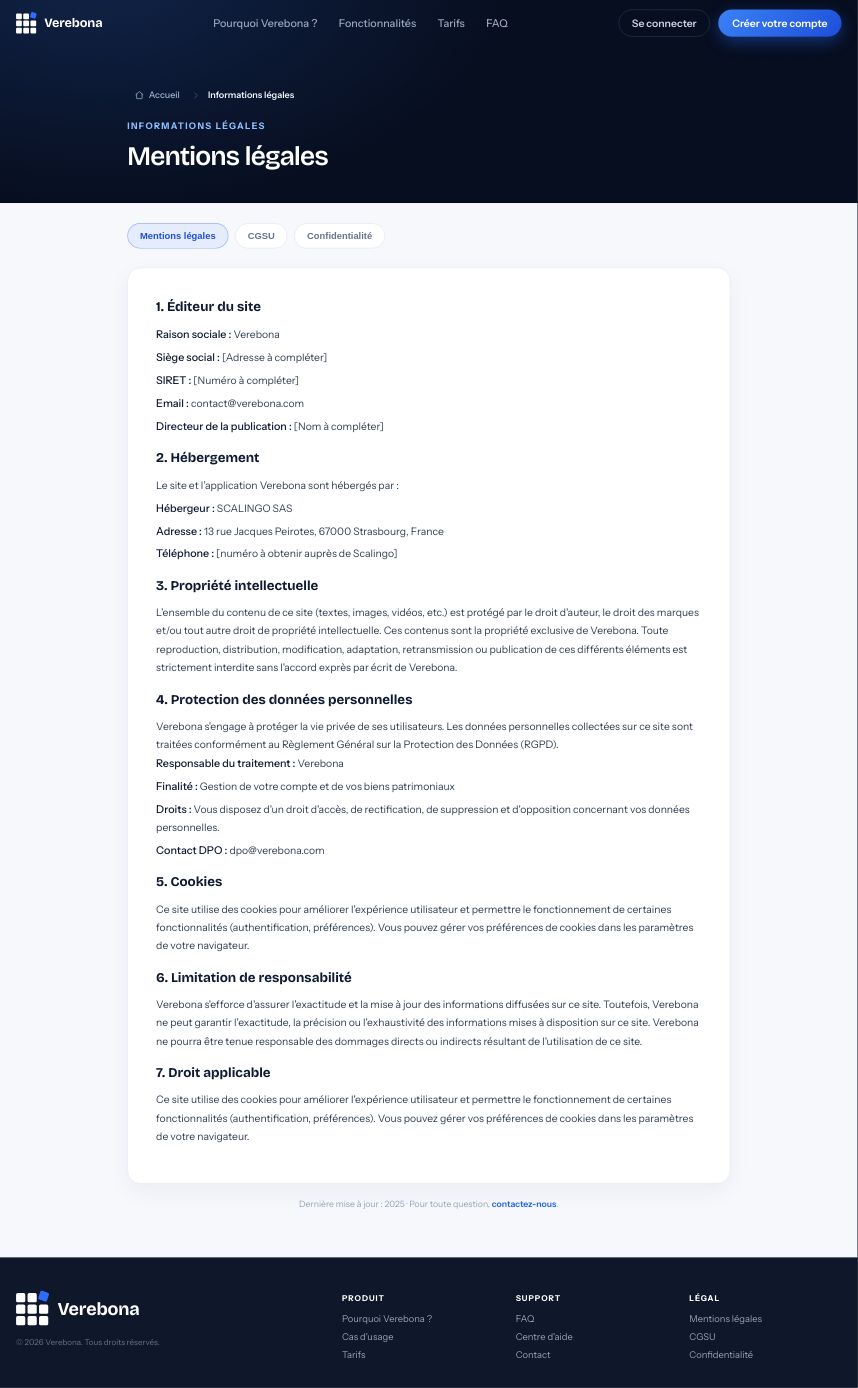
Repository: AdminVerebona/verebona-public
Page: /mentions-legales
These files come from the project's save history. The page is drawn as it stood at one moment and after the next save; the edit follows.
The browser window is 1280 px wide. The pictures show the whole page, at 67% of full size.
The project was rebuilt for these pictures with package versions that can differ from the ones it lists, and the page was loaded fresh each time. Also part of the build but not shown: next.config.mjs, vite.config.js, vite.config.ts, src/composables/useLanding.ts, src/sections/HeroSection.vue, src/sections/WhySection.vue, src/sections/UseCasesSection.vue, src/sections/FeaturesSection.vue and 6 more.

Above is the page before, as saved 2026-07-10 15:19:55.

### index.html
<!doctype html>
<html lang="fr">
  <head>
    <meta charset="UTF-8" />
    <meta name="viewport" content="width=device-width, initial-scale=1.0" />
    <title>Verebona — Centralisez, organisez, valorisez vos biens</title>
    <meta
      name="description"
      content="Verebona centralise vos biens, documents et échéances pour les retrouver facilement, anticiper les dates importantes et valoriser vos biens le moment venu."
    />
  </head>
  <body>
    <div id="app"></div>
    <script type="module" src="/src/main.ts"></script>
  </body>
</html>

### src/main.ts
import { createApp } from 'vue'
import App from './App.vue'
import router from './router'
import { vHover } from './directives/hover'
import './style.css'

createApp(App)
  .use(router)
  .directive('hover', vHover)
  .mount('#app')

### src/App.vue
<template>
  <div style="background:#070E20;color:#EAF0FB;overflow-x:hidden;min-height:100vh">
    <AppHeader />
    <router-view />
    <AppFooter />
  </div>
</template>

<script setup lang="ts">
import { onMounted, watch, nextTick } from 'vue'
import { useRoute } from 'vue-router'
import AppHeader from './components/AppHeader.vue'
import AppFooter from './components/AppFooter.vue'
import { useScrollReveal } from './composables/useScrollReveal'

const route = useRoute()
const { scan } = useScrollReveal()

onMounted(() => { scan() })

// Re-scan reveal targets whenever the route (page) changes.
watch(
  () => route.fullPath,
  () => { nextTick(() => setTimeout(scan, 60)) },
)
</script>

### src/router/index.ts
import { createRouter, createWebHistory } from 'vue-router'
import HomeView from '../views/HomeView.vue'

const routes = [
  { path: '/', name: 'home', component: HomeView },
  { path: '/aide', name: 'help', component: () => import('../views/HelpView.vue') },
  { path: '/contact', name: 'contact', component: () => import('../views/ContactView.vue') },
  { path: '/mentions-legales', name: 'legal-mentions', component: () => import('../views/LegalView.vue') },
  { path: '/cgu', name: 'legal-cgu', component: () => import('../views/LegalView.vue') },
  { path: '/confidentialite', name: 'legal-confid', component: () => import('../views/LegalView.vue') },
  { path: '/:pathMatch(.*)*', name: 'not-found', component: () => import('../views/NotFoundView.vue') },
]

const router = createRouter({
  history: createWebHistory(),
  routes,
  scrollBehavior(to) {
    if (to.hash) return { el: to.hash, behavior: 'smooth' }
    return { top: 0 }
  },
})

export default router

### src/directives/hover.ts
import type { Directive } from 'vue'

/**
 * v-hover — applies a set of inline styles while the pointer is over the
 * element, and restores the previous values on leave. Reproduces the
 * `style-hover` behaviour of the design prototype.
 *
 * Usage:  <a v-hover="{ color: '#fff', transform: 'translateY(-1px)' }">
 */
type HoverStyles = Record<string, string>

interface HoverEl extends HTMLElement {
  __hoverEnter?: () => void
  __hoverLeave?: () => void
}

export const vHover: Directive<HoverEl, HoverStyles> = {
  mounted(el, binding) {
    const styles = binding.value || {}
    const original: HoverStyles = {}

    const enter = () => {
      for (const key in styles) {
        original[key] = (el.style as any)[key]
        ;(el.style as any)[key] = styles[key]
      }
    }
    const leave = () => {
      for (const key in styles) {
        ;(el.style as any)[key] = original[key] || ''
      }
    }

    el.__hoverEnter = enter
    el.__hoverLeave = leave
    el.addEventListener('mouseenter', enter)
    el.addEventListener('mouseleave', leave)
  },
  unmounted(el) {
    if (el.__hoverEnter) el.removeEventListener('mouseenter', el.__hoverEnter)
    if (el.__hoverLeave) el.removeEventListener('mouseleave', el.__hoverLeave)
  },
}

### src/composables/useScrollReveal.ts
/**
 * Scroll-reveal: adds `.vb-in` to `.vb-reveal` / `.vb-rgroup` elements as they
 * enter the viewport (staggering the children of a group). Ported from the
 * prototype's IntersectionObserver logic. Honours prefers-reduced-motion and
 * has a safety timeout so content is never left hidden.
 */
let io: IntersectionObserver | null = null

const reduce =
  typeof window !== 'undefined' &&
  !!window.matchMedia &&
  window.matchMedia('(prefers-reduced-motion: reduce)').matches

if (!reduce && typeof document !== 'undefined') {
  document.documentElement.classList.add('vb-anim')
}

function revealAll() {
  document.querySelectorAll('.vb-reveal').forEach((e) => e.classList.add('vb-in'))
  document.querySelectorAll('.vb-rgroup > *').forEach((e) => e.classList.add('vb-in'))
}

function ensureObserver() {
  if (io || reduce || typeof window === 'undefined' || !('IntersectionObserver' in window)) return
  io = new IntersectionObserver(
    (entries) => {
      entries.forEach((entry) => {
        if (!entry.isIntersecting) return
        const el = entry.target as HTMLElement
        io!.unobserve(el)
        if (el.classList.contains('vb-rgroup')) {
          Array.from(el.children).forEach((c, i) => {
            ;(c as HTMLElement).style.transitionDelay = i * 90 + 'ms'
            c.classList.add('vb-in')
          })
        } else {
          el.classList.add('vb-in')
        }
      })
    },
    { threshold: 0.12, rootMargin: '0px 0px -8% 0px' },
  )
}

export function useScrollReveal() {
  function scan() {
    if (reduce || typeof window === 'undefined' || !('IntersectionObserver' in window)) {
      revealAll()
      return
    }
    ensureObserver()
    document.querySelectorAll('.vb-reveal, .vb-rgroup').forEach((el) => io!.observe(el))
    // Safety net: never leave content hidden.
    window.setTimeout(revealAll, 2200)
  }
  return { scan }
}

### src/views/LegalView.vue
<template>
<section style="position:relative;padding:128px 24px 48px;overflow:hidden;background:radial-gradient(1000px 560px at 12% -10%,rgba(59,130,246,.18),transparent 60%),#070E20">
  <div style="position:absolute;inset:0;background-image:radial-gradient(rgba(148,163,184,.09) 1px,transparent 1px);background-size:34px 34px;-webkit-mask-image:linear-gradient(to bottom,#000,transparent 85%);mask-image:linear-gradient(to bottom,#000,transparent 85%);pointer-events:none"></div>
  <div style="max-width:900px;margin:0 auto;position:relative">
    <nav aria-label="Fil d'Ariane" style="margin-bottom:24px"><ol style="display:flex;align-items:center;gap:6px;list-style:none;margin:0;padding:0;font-size:13.5px"><li style="display:flex;align-items:center"><a href="#" @click.prevent="goHome" style="display:inline-flex;align-items:center;gap:7px;color:#9FB4D8;font-weight:500;padding:6px 11px;border-radius:9px;cursor:pointer;transition:color .15s,background .15s" v-hover="{color:'#fff',background:'rgba(255,255,255,.06)'}"><svg width="14" height="14" viewBox="0 0 24 24" fill="none" stroke="currentColor" stroke-width="1.9" stroke-linecap="round" stroke-linejoin="round"><path d="M3 10.5 12 3l9 7.5"/><path d="M5 9.5V20a1 1 0 0 0 1 1h12a1 1 0 0 0 1-1V9.5"/></svg>Accueil</a></li><li aria-hidden="true" style="display:flex;color:#42557A"><svg width="15" height="15" viewBox="0 0 24 24" fill="none" stroke="currentColor" stroke-width="2" stroke-linecap="round" stroke-linejoin="round"><path d="M9 6l6 6-6 6"/></svg></li><li aria-current="page" style="color:#EAF0FB;font-weight:600;padding:6px 4px">{{ crumbLabel }}</li></ol></nav>
    <div style="font-size:13.5px;letter-spacing:.15em;text-transform:uppercase;font-weight:800;color:#8FBEFF;margin-bottom:16px">Informations légales</div>
    <h1 style="font-size:40px;line-height:1.08;font-weight:600;letter-spacing:-.025em;color:#fff">{{ legalTitle }}</h1>
  </div>
</section>
<section style="background:#F6F8FC;padding:30px 24px 72px">
  <div style="max-width:900px;margin:0 auto">
    <div style="display:flex;flex-wrap:wrap;gap:10px;margin-bottom:28px">
      <button type="button" :style="legalMentionsStyle" @click.prevent="goMentions">Mentions légales</button>
      <button type="button" :style="legalCGUStyle" @click.prevent="goCGU">CGSU</button>
      <button type="button" :style="legalConfidStyle" @click.prevent="goConfid">Confidentialité</button>
    </div>
    <div style="background:#fff;border:1px solid #E6EBF3;border-radius:20px;padding:40px 42px;box-shadow:0 12px 34px rgba(15,27,51,.05)">
      <template v-if="isMentions">
        <div style="font-size:15.5px;line-height:1.75;color:#334155">
          <h2 style="font-size:20px;font-weight:700;color:#0F1B33;font-family:'Bricolage Grotesque',sans-serif;margin:0 0 10px">1. Éditeur du site</h2>
          <p style="margin:0 0 6px"><span style="font-size:16px;font-weight:500;color:#0F1B33">Raison sociale :</span> Verebona</p>
          <p style="margin:0 0 6px"><span style="font-size:16px;font-weight:500;color:#0F1B33">Siège social :</span> [Adresse à compléter]</p>
          <p style="margin:0 0 6px"><span style="font-size:16px;font-weight:500;color:#0F1B33">SIRET :</span> [Numéro à compléter]</p>
          <p style="margin:0 0 6px"><span style="font-size:16px;font-weight:500;color:#0F1B33">Email :</span> contact@verebona.com</p>
          <p style="margin:0 0 16px"><span style="font-size:16px;font-weight:500;color:#0F1B33">Directeur de la publication :</span> [Nom à compléter]</p>
          <h2 style="font-size:20px;font-weight:700;color:#0F1B33;font-family:'Bricolage Grotesque',sans-serif;margin:0 0 10px">2. Hébergement</h2>
          <p style="margin:0 0 6px">Le site et l’application Verebona sont hébergés par : </p>
          <p style="margin:0 0 6px"><span style="font-size:16px;font-weight:500;color:#0F1B33">Hébergeur :</span> SCALINGO SAS</p>
          <p style="margin:0 0 6px"><span style="font-size:16px;font-weight:500;color:#0F1B33">Adresse :</span> 13 rue Jacques Peirotes, 67000 Strasbourg, France</p>
          <p style="margin:0 0 16px"><span style="font-size:16px;font-weight:500;color:#0F1B33">Téléphone :</span> [numéro à obtenir auprès de Scalingo]</p>
          <h2 style="font-size:20px;font-weight:700;color:#0F1B33;font-family:'Bricolage Grotesque',sans-serif;margin:0 0 10px">3. Propriété intellectuelle</h2>
          <p style="margin:0 0 16px">L'ensemble du contenu de ce site (textes, images, vidéos, etc.) est protégé par le droit d'auteur, le droit des marques et/ou tout autre droit de propriété intellectuelle. Ces contenus sont la propriété exclusive de Verebona. Toute reproduction, distribution, modification, adaptation, retransmission ou publication de ces différents éléments est strictement interdite sans l'accord exprès par écrit de Verebona.</p>
          <h2 style="font-size:20px;font-weight:700;color:#0F1B33;font-family:'Bricolage Grotesque',sans-serif;margin:0 0 10px">4. Protection des données personnelles</h2>
          <p style="margin:0">Verebona s'engage à protéger la vie privée de ses utilisateurs. Les données personnelles collectées sur ce site sont traitées conformément au Règlement Général sur la Protection des Données (RGPD).</p>
          <p style="margin:0 0 6px"><span style="font-size:16px;font-weight:500;color:#0F1B33">Responsable du traitement :</span> Verebona</p>
          <p style="margin:0 0 6px"><span style="font-size:16px;font-weight:500;color:#0F1B33">Finalité  :</span> Gestion de votre compte et de vos biens patrimoniaux</p>
          <p style="margin:0 0 6px"><span style="font-size:16px;font-weight:500;color:#0F1B33">Droits  :</span> Vous disposez d'un droit d'accès, de rectification, de suppression et d'opposition concernant vos données personnelles.</p>
          <p style="margin:0 0 16px"><span style="font-size:16px;font-weight:500;color:#0F1B33">Contact DPO :</span> dpo@verebona.com</p>
          <h2 style="font-size:20px;font-weight:700;color:#0F1B33;font-family:'Bricolage Grotesque',sans-serif;margin:0 0 10px">5. Cookies</h2>
          <p style="margin:0 0 16px">Ce site utilise des cookies pour améliorer l'expérience utilisateur et permettre le fonctionnement de certaines fonctionnalités (authentification, préférences). Vous pouvez gérer vos préférences de cookies dans les paramètres de votre navigateur.</p>
          <h2 style="font-size:20px;font-weight:700;color:#0F1B33;font-family:'Bricolage Grotesque',sans-serif;margin:0 0 10px">6. Limitation de responsabilité</h2>
          <p style="margin:0 0 16px">Verebona s'efforce d'assurer l'exactitude et la mise à jour des informations diffusées sur ce site. Toutefois, Verebona ne peut garantir l'exactitude, la précision ou l'exhaustivité des informations mises à disposition sur ce site. Verebona ne pourra être tenue responsable des dommages directs ou indirects résultant de l'utilisation de ce site.</p>
          <h2 style="font-size:20px;font-weight:700;color:#0F1B33;font-family:'Bricolage Grotesque',sans-serif;margin:0 0 10px">7. Droit applicable</h2>
          <p style="margin:0 0 16px">Ce site utilise des cookies pour améliorer l'expérience utilisateur et permettre le fonctionnement de certaines fonctionnalités (authentification, préférences). Vous pouvez gérer vos préférences de cookies dans les paramètres de votre navigateur.</p>


        </div>
      </template>
      <template v-if="isCGU">
        <div style="font-size:15.5px;line-height:1.75;color:#334155">
          <h2 style="font-size:20px;font-weight:700;color:#0F1B33;font-family:'Bricolage Grotesque',sans-serif;margin:0 0 10px">1. Objet</h2>
          <p style="margin:0 0 22px">Les présentes conditions générales de service et d'utilisation (CGSU) définissent les modalités d'accès et d'utilisation de la plateforme Verebona, service de centralisation et d'organisation documentaire du patrimoine.</p>
          <h2 style="font-size:20px;font-weight:700;color:#0F1B33;font-family:'Bricolage Grotesque',sans-serif;margin:0 0 10px">2. Compte et abonnement</h2>
          <p style="margin:0 0 22px">L'accès au service nécessite la création d'un compte et la souscription d'une offre. L'utilisateur s'engage à fournir des informations exactes et à préserver la confidentialité de ses identifiants.</p>
          <h2 style="font-size:20px;font-weight:700;color:#0F1B33;font-family:'Bricolage Grotesque',sans-serif;margin:0 0 10px">3. Nature du service</h2>
          <p style="margin:0 0 22px">Verebona est une plateforme d'organisation. Les documents importés ne sont ni certifiés, ni validés, ni garantis juridiquement. L'utilisateur reste seul responsable de l'exactitude des informations qu'il enregistre.</p>
          <h2 style="font-size:20px;font-weight:700;color:#0F1B33;font-family:'Bricolage Grotesque',sans-serif;margin:0 0 10px">4. Responsabilités</h2>
          <p style="margin:0 0 22px">Verebona met en œuvre les moyens raisonnables pour assurer la disponibilité et la sécurité du service, sans obligation de résultat concernant une disponibilité ininterrompue.</p>
          <h2 style="font-size:20px;font-weight:700;color:#0F1B33;font-family:'Bricolage Grotesque',sans-serif;margin:0 0 10px">5. Résiliation</h2>
          <p style="margin:0">L'utilisateur peut résilier son abonnement à tout moment. Des modalités de récupération des données sont prévues afin d'éviter tout verrouillage à la fin du contrat.</p>
        </div>
      </template>
      <template v-if="isConfid">
        <div style="font-size:15.5px;line-height:1.75;color:#334155">
          <h2 style="font-size:20px;font-weight:700;color:#0F1B33;font-family:'Bricolage Grotesque',sans-serif;margin:0 0 10px">Données collectées</h2>
          <p style="margin:0 0 22px">Verebona collecte les données nécessaires au fonctionnement du service : informations de compte, contenus importés (fiches de biens, documents) et données d'usage strictement utiles à l'amélioration du service.</p>
          <h2 style="font-size:20px;font-weight:700;color:#0F1B33;font-family:'Bricolage Grotesque',sans-serif;margin:0 0 10px">Finalités</h2>
          <p style="margin:0 0 22px">Les données sont traitées pour fournir le service, assurer la sécurité, et répondre aux obligations légales. Elles ne sont jamais cédées à des tiers à des fins commerciales.</p>
          <h2 style="font-size:20px;font-weight:700;color:#0F1B33;font-family:'Bricolage Grotesque',sans-serif;margin:0 0 10px">Sécurité</h2>
          <p style="margin:0 0 22px">Vos données sont chiffrées lors du stockage et des échanges, et hébergées sur une infrastructure sécurisée au sein de l'Union européenne.</p>
          <h2 style="font-size:20px;font-weight:700;color:#0F1B33;font-family:'Bricolage Grotesque',sans-serif;margin:0 0 10px">Vos droits</h2>
          <p style="margin:0">Conformément au RGPD, vous disposez d'un droit d'accès, de rectification, de portabilité et de suppression de vos données. Pour exercer ces droits, écrivez à contact@verebona.com.</p>
        </div>
      </template>
    </div>
    <p style="font-size:13px;color:#94A3B8;margin-top:22px;text-align:center">Dernière mise à jour : 2025 · Pour toute question, <a href="#" @click.prevent="goContact" style="color:#2563EB;font-weight:600">contactez-nous</a>.</p>
  </div>
</section>
</template>

<script setup lang="ts">
import { useLegal } from '../composables/useLegal'
import { useNav } from '../composables/useNav'
const { isMentions, isCGU, isConfid, legalTitle, legalMentionsStyle, legalCGUStyle, legalConfidStyle, crumbLabel } = useLegal()
const { goHome, goContact, goMentions, goCGU, goConfid } = useNav()
</script>

### src/composables/useNav.ts
import { ref, computed, nextTick } from 'vue'
import { useRouter, useRoute } from 'vue-router'

// Shared across header + footer + mobile menu.
const menuOpen = ref(false)

/**
 * useNav — header/footer navigation. Page links use vue-router; the four
 * in-page section links (Pourquoi / Fonctionnalités / Tarifs / FAQ) route to
 * home first if needed, then smooth-scroll to the anchor.
 */
export function useNav() {
  const router = useRouter()
  const route = useRoute()

  const toggleMenu = () => { menuOpen.value = !menuOpen.value }
  const closeMenu = () => { menuOpen.value = false }

  function scrollToId(id: string) {
    const el = document.getElementById(id)
    if (el && el.scrollIntoView) {
      try { el.scrollIntoView({ behavior: 'smooth', block: 'start' }) } catch { /* noop */ }
    }
  }
  function goToAnchor(id: string) {
    closeMenu()
    if (route.path !== '/') {
      router.push('/').then(() => nextTick(() => setTimeout(() => scrollToId(id), 80)))
    } else {
      scrollToId(id)
    }
  }

  const goHome = () => { closeMenu(); router.push('/') }
  const goAide = () => { closeMenu(); router.push('/aide') }
  const goContact = () => { closeMenu(); router.push('/contact') }
  const goMentions = () => { closeMenu(); router.push('/mentions-legales') }
  const goCGU = () => { closeMenu(); router.push('/cgu') }
  const goConfid = () => { closeMenu(); router.push('/confidentialite') }

  const navPourquoi = () => goToAnchor('pourquoi')
  const navFeatures = () => goToAnchor('features')
  const navPricing = () => goToAnchor('pricing')
  const navFaq = () => goToAnchor('faq')
  const navCasUsage = () => goToAnchor('cas-usage')

  const burgerBase = 'display:block;width:20px;height:2px;border-radius:2px;background:#fff;transition:transform .25s,opacity .25s;'
  const burgerTop = computed(() => burgerBase + 'transform:' + (menuOpen.value ? 'translateY(6px) rotate(45deg)' : 'none'))
  const burgerMid = computed(() => burgerBase + 'opacity:' + (menuOpen.value ? '0' : '1'))
  const burgerBot = computed(() => burgerBase + 'transform:' + (menuOpen.value ? 'translateY(-6px) rotate(-45deg)' : 'none'))

  return {
    menuOpen, toggleMenu, closeMenu,
    goHome, goAide, goContact, goMentions, goCGU, goConfid,
    navPourquoi, navFeatures, navPricing, navFaq, navCasUsage,
    burgerTop, burgerMid, burgerBot,
  }
}

### src/composables/useLegal.ts
import { computed } from 'vue'
import { useRoute } from 'vue-router'

/**
 * Legal page — a single view with three tabs (mentions / cgu / confid),
 * each mapped to its own route so they are independently linkable & indexable:
 *   /mentions-legales   /cgu   /confidentialite
 */
export function useLegal() {
  const route = useRoute()

  const tab = computed<'mentions' | 'cgu' | 'confid'>(() => {
    if (route.path.includes('cgu')) return 'cgu'
    if (route.path.includes('confidentialite')) return 'confid'
    return 'mentions'
  })

  const isMentions = computed(() => tab.value === 'mentions')
  const isCGU = computed(() => tab.value === 'cgu')
  const isConfid = computed(() => tab.value === 'confid')

  const legalTitle = computed(() =>
    tab.value === 'cgu'
      ? "Conditions générales de service et d'utilisation"
      : tab.value === 'confid'
        ? 'Politique de confidentialité'
        : 'Mentions légales',
  )

  const tabStyle = (a: boolean) =>
    `padding:10px 18px;border-radius:999px;font-size:14px;font-weight:600;cursor:pointer;border:1px solid ${a ? 'rgba(37,99,235,.4)' : '#E2E8F0'};background:${a ? 'rgba(37,99,235,.08)' : '#fff'};color:${a ? '#1D4ED8' : '#64748B'};transition:all .15s`

  const legalMentionsStyle = computed(() => tabStyle(isMentions.value))
  const legalCGUStyle = computed(() => tabStyle(isCGU.value))
  const legalConfidStyle = computed(() => tabStyle(isConfid.value))

  return {
    isMentions, isCGU, isConfid, legalTitle,
    legalMentionsStyle, legalCGUStyle, legalConfidStyle,
    crumbLabel: 'Informations légales',
  }
}

Loaded but not shown: src/components/AppHeader.vue (68 lines, source omitted); src/components/AppFooter.vue (21 lines, source omitted); src/style.css (59 lines, source omitted)

After the next save:
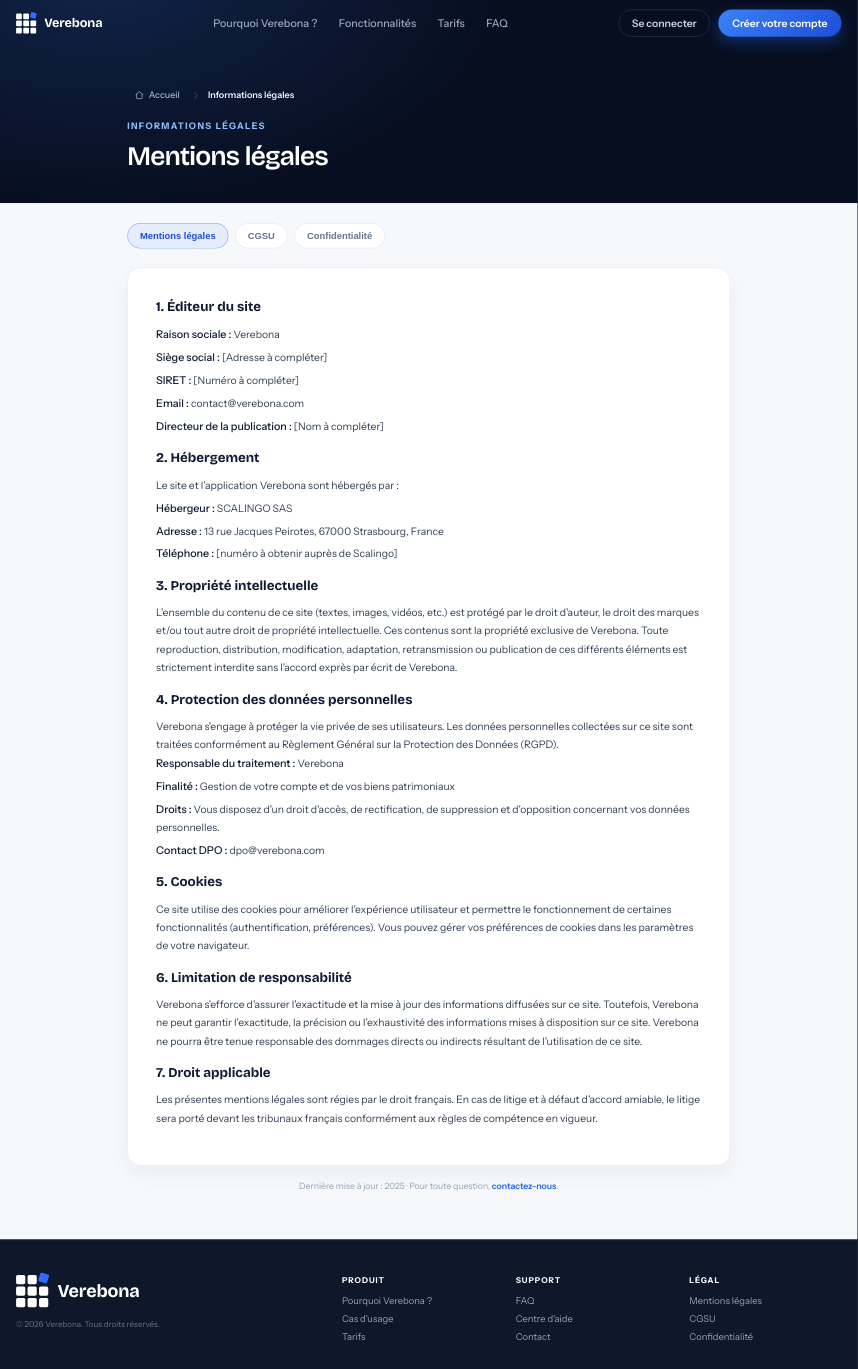
Saved 14 s later.
--- a/src/views/LegalView.vue
+++ b/src/views/LegalView.vue
@@ -41,9 +41,7 @@
           <h2 style="font-size:20px;font-weight:700;color:#0F1B33;font-family:'Bricolage Grotesque',sans-serif;margin:0 0 10px">6. Limitation de responsabilité</h2>
           <p style="margin:0 0 16px">Verebona s'efforce d'assurer l'exactitude et la mise à jour des informations diffusées sur ce site. Toutefois, Verebona ne peut garantir l'exactitude, la précision ou l'exhaustivité des informations mises à disposition sur ce site. Verebona ne pourra être tenue responsable des dommages directs ou indirects résultant de l'utilisation de ce site.</p>
           <h2 style="font-size:20px;font-weight:700;color:#0F1B33;font-family:'Bricolage Grotesque',sans-serif;margin:0 0 10px">7. Droit applicable</h2>
-          <p style="margin:0 0 16px">Ce site utilise des cookies pour améliorer l'expérience utilisateur et permettre le fonctionnement de certaines fonctionnalités (authentification, préférences). Vous pouvez gérer vos préférences de cookies dans les paramètres de votre navigateur.</p>
-
-
+          <p style="margin:0 0 16px">Les présentes mentions légales sont régies par le droit français. En cas de litige et à défaut d'accord amiable, le litige sera porté devant les tribunaux français conformément aux règles de compétence en vigueur.</p>
         </div>
       </template>
       <template v-if="isCGU">
